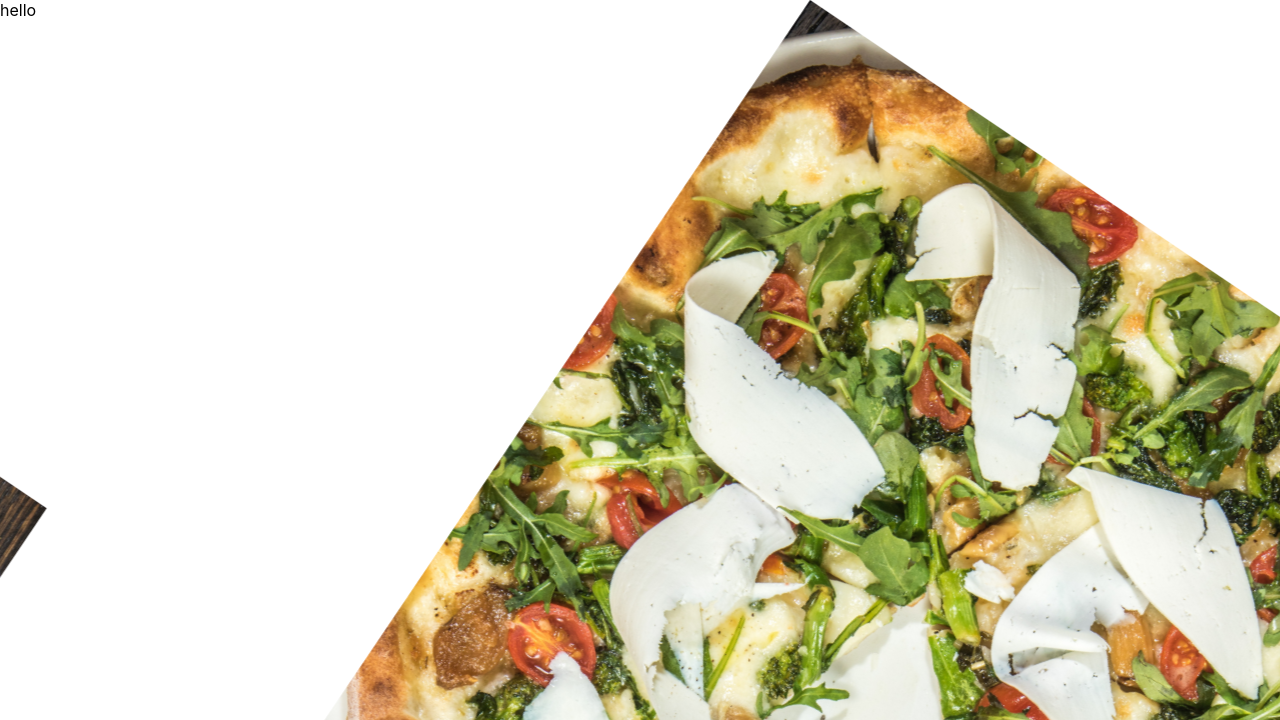
Repository: hobsond/DeliveryApp
Page: / (app in delivery/)
The author's editor kept a copy of each file at every save. The page is drawn from the files as they stood at one save, then again after the next save.
The browser window is 1280 px wide. The pictures show the whole page.
The project was rebuilt for these pictures with package versions that can differ from the ones it lists, and the page was loaded fresh each time.

Above is the page before, as saved 2021-02-16 21:03:05.

After the next save:
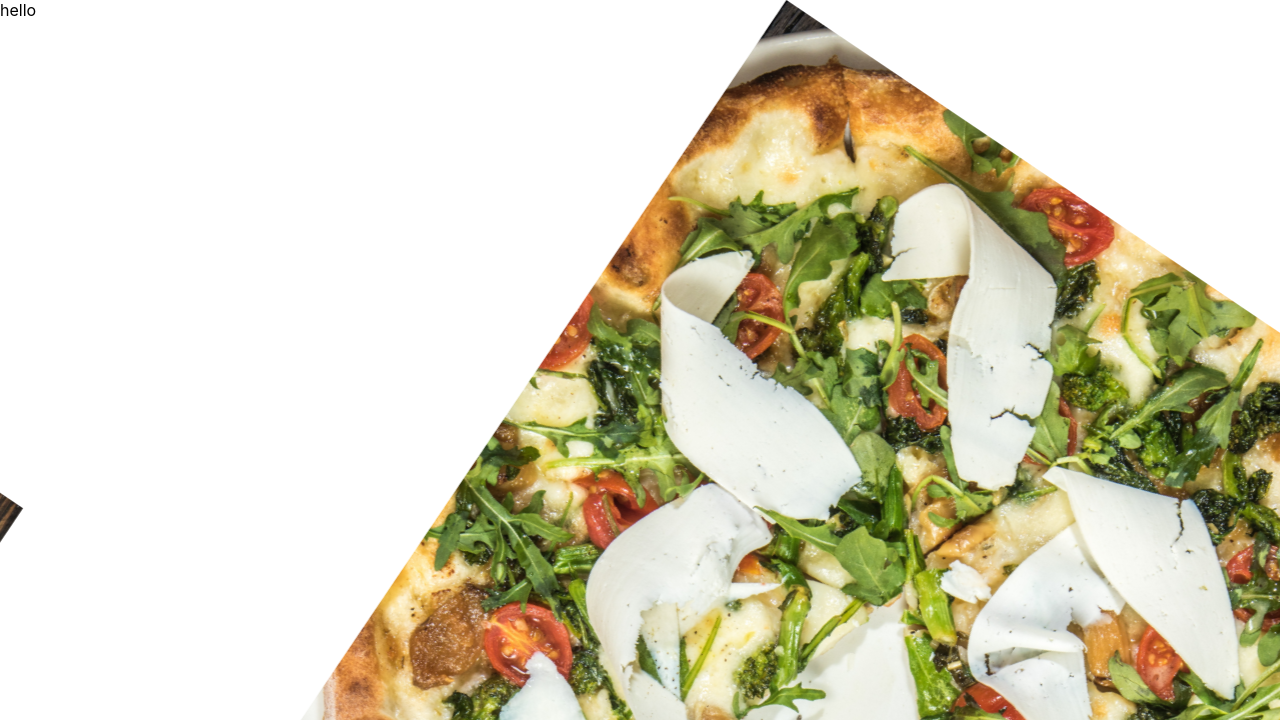
Saved 5 s later.
--- a/delivery/src/App.css
+++ b/delivery/src/App.css
@@ -1,5 +1,5 @@
 .App{
   background:url('./images/mobile/homeScreen/bgMobile.png');
   height:100vh;
-  background-position-x: -20%;
+  background-position-x: -10%;
 }
